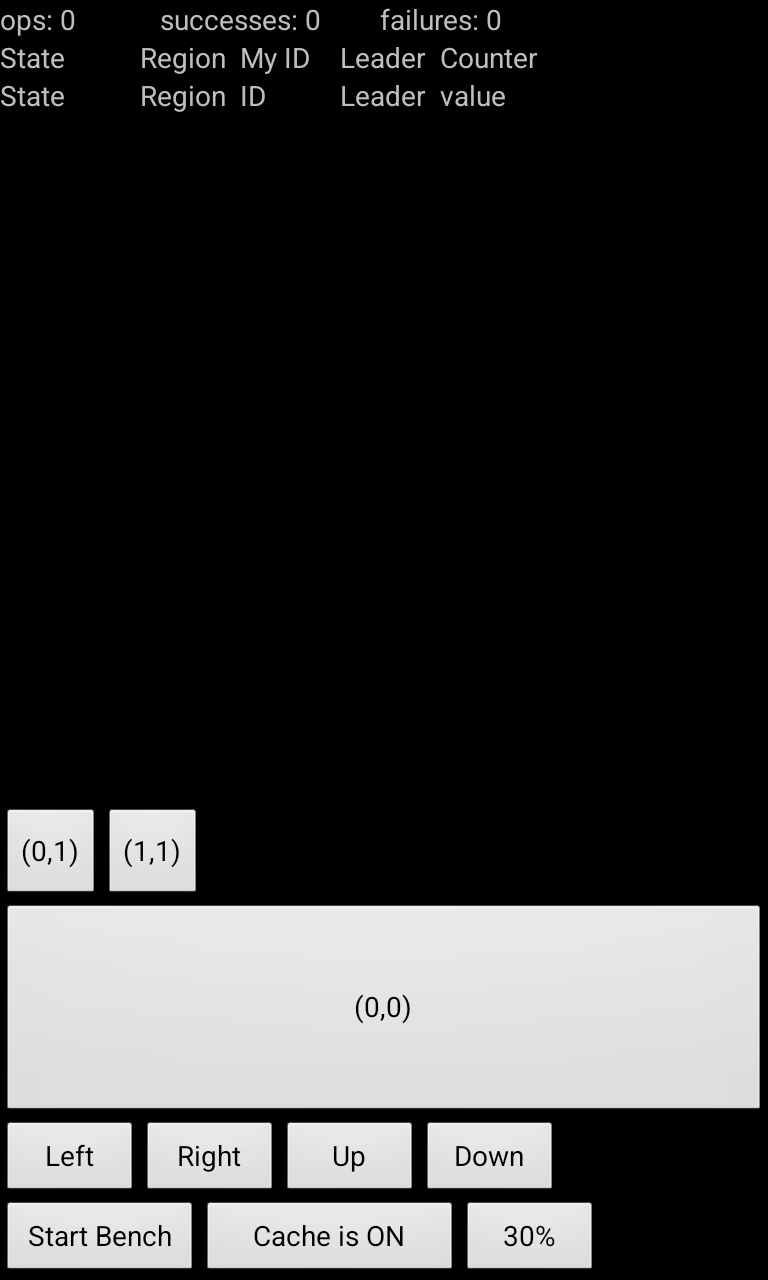
Repository: jasongao/csmcode
Layout: current/workspace/VNConsistent/res/layout/main.xml
The author's editor kept a copy of each file at every save. The layout is drawn from the files as they stood at one save, then again after the next save.
It is drawn on a 768 x 1280 px phone screen (xhdpi) without system bars, with theme android:Theme; the app's code is not run. Lists and similar views that code fills are empty.

Above is the layout before, as saved 2011-07-17 15:38:32.

### current/workspace/VNConsistent/res/layout/main.xml
<?xml version="1.0" encoding="utf-8"?>
<LinearLayout xmlns:android="http://schemas.android.com/apk/res/android"
	android:orientation="vertical" android:layout_width="fill_parent"
	android:layout_height="fill_parent">

	<LinearLayout android:layout_width="match_parent"
		android:layout_height="wrap_content" android:id="@+id/CountInfoLayout">
		<TextView android:text="ops: 0" android:layout_height="wrap_content"
			android:id="@+id/opcount_tv" android:layout_width="80dip"></TextView>
		<TextView android:text="successes: 0" android:layout_height="wrap_content"
			android:id="@+id/successcount_tv" android:layout_width="110dip"></TextView>
		<TextView android:text="failures: 0" android:layout_height="wrap_content"
			android:id="@+id/failurecount_tv" android:layout_width="90dip"></TextView>
	</LinearLayout>

	<LinearLayout android:layout_width="match_parent"
		android:layout_height="wrap_content" android:id="@+id/StatusHeadingLayout">
		<TextView android:text="State" android:id="@+id/TextView04"
			android:layout_height="wrap_content" android:layout_width="70dip"></TextView>
		<TextView android:text="Region" android:layout_width="50dip"
			android:id="@+id/TextView03" android:layout_height="wrap_content"></TextView>
		<TextView android:text="My ID" android:layout_width="50dip"
			android:id="@+id/TextView01" android:layout_height="wrap_content"></TextView>
		<TextView android:layout_height="wrap_content"
			android:layout_width="50dip" android:text="Leader" android:id="@+id/TextView05"></TextView>
		<TextView android:text="Counter" android:layout_height="wrap_content"
			android:id="@+id/TextView06" android:layout_width="75dip"></TextView>
	</LinearLayout>
	<LinearLayout android:layout_width="match_parent"
		android:layout_height="wrap_content" android:id="@+id/StatusInfoLayout">
		<TextView android:text="State" android:layout_height="wrap_content"
			android:id="@+id/state_tv" android:layout_width="70dip"></TextView>
		<TextView android:text="Region" android:layout_height="wrap_content"
			android:layout_width="50dip" android:id="@+id/region_tv"></TextView>
		<TextView android:text="ID" android:layout_width="50dip"
			android:id="@+id/id_tv" android:layout_height="wrap_content"></TextView>
		<TextView android:layout_height="wrap_content"
			android:layout_width="50dip" android:text="Leader" android:id="@+id/leader_tv"></TextView>
		<TextView android:layout_height="wrap_content"
			android:layout_width="75dip" android:text="value" android:id="@+id/csm_tv"></TextView>
	</LinearLayout>

	<ListView android:id="@+id/msgList" android:layout_width="fill_parent"
		android:layout_height="fill_parent" android:stackFromBottom="true"
		android:transcriptMode="alwaysScroll" android:layout_weight="1">
	</ListView>

	<LinearLayout android:layout_width="fill_parent"
		android:orientation="horizontal" android:layout_height="wrap_content"
		android:id="@+id/RegionButton1Layout">
		<Button android:text="(0,1)" android:id="@+id/up_button"
			android:layout_width="wrap_content" android:layout_height="wrap_content" />
		<Button android:text="(1,1)" android:id="@+id/down_button"
			android:layout_width="wrap_content" android:layout_height="wrap_content" />
	</LinearLayout>

	<LinearLayout android:layout_width="fill_parent"
		android:orientation="horizontal" android:layout_height="wrap_content"
		android:id="@+id/RegionButton2Layout">
		<Button android:text="(0,0)" android:id="@+id/up_button"
			android:layout_width="fill_parent" android:layout_height="fill_parent" />
		<Button android:text="(1,0)" android:id="@+id/down_button"
			android:layout_width="fill_parent" android:layout_height="fill_parent" />
	</LinearLayout>

	<LinearLayout android:layout_width="fill_parent"
		android:orientation="horizontal" android:layout_height="wrap_content"
		android:id="@+id/RegionButtonLayout">
		<Button android:text="Left" android:id="@+id/left_button"
			android:layout_width="70dip" android:layout_height="40dip" />
		<Button android:text="Right" android:id="@+id/right_button"
			android:layout_width="70dip" android:layout_height="40dip" />
		<Button android:text="Up" android:id="@+id/up_button"
			android:layout_width="70dip" android:layout_height="40dip" />
		<Button android:text="Down" android:id="@+id/down_button"
			android:layout_width="70dip" android:layout_height="40dip" />
	</LinearLayout>

	<LinearLayout android:layout_width="fill_parent"
		android:orientation="horizontal" android:layout_height="wrap_content"
		android:id="@+id/TestButtonsLayout">
		<Button android:text="Start Bench" android:layout_width="100dip"
			android:id="@+id/switchbench_button" android:layout_height="40dip"></Button>
		<Button android:layout_width="130dip" android:text="Cache is ON"
			android:id="@+id/cache_button" android:layout_height="40dip"></Button>
		<Button android:text="30%" android:id="@+id/distribution_button"
			android:layout_height="40dip" android:layout_width="70dip"></Button>
	</LinearLayout>

</LinearLayout>

After the next save:
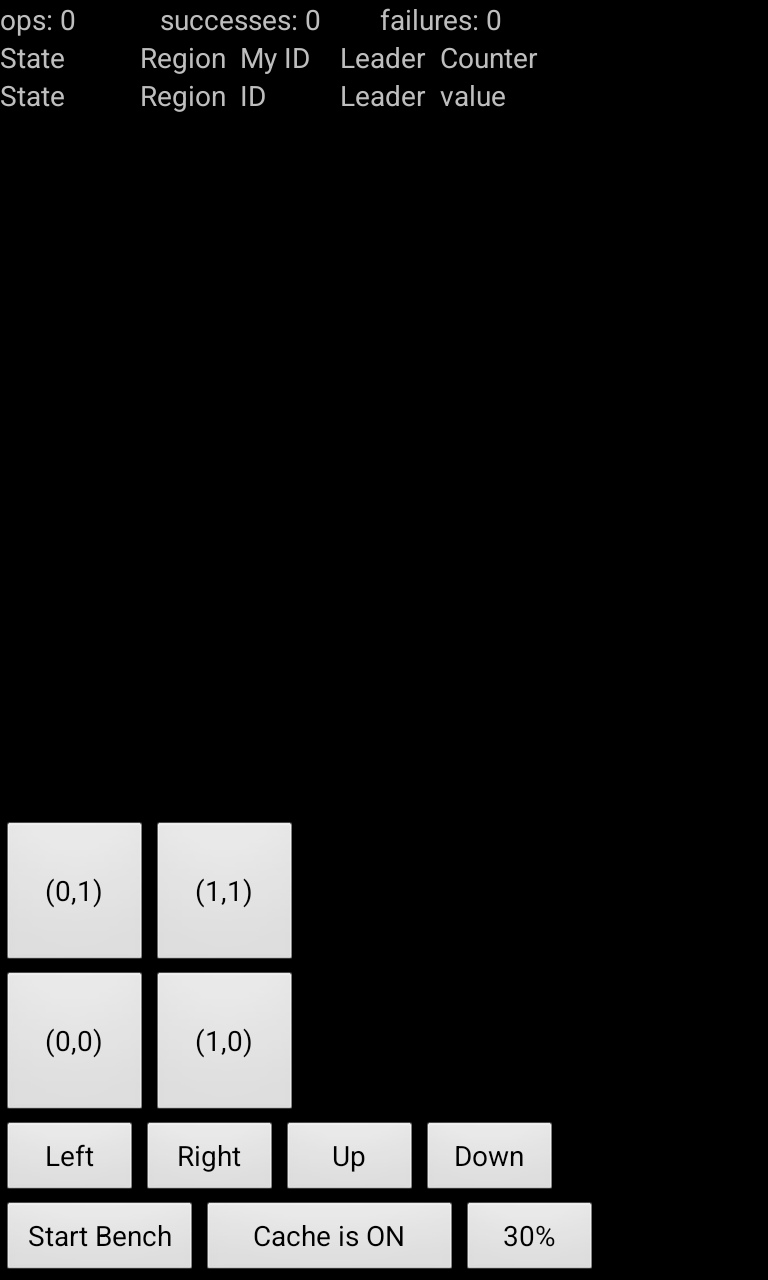
Saved 15 s later.
--- a/current/workspace/VNConsistent/res/layout/main.xml
+++ b/current/workspace/VNConsistent/res/layout/main.xml
@@ -49,18 +49,18 @@
 		android:orientation="horizontal" android:layout_height="wrap_content"
 		android:id="@+id/RegionButton1Layout">
 		<Button android:text="(0,1)" android:id="@+id/up_button"
-			android:layout_width="wrap_content" android:layout_height="wrap_content" />
+			android:layout_width="75dip" android:layout_height="75dip" />
 		<Button android:text="(1,1)" android:id="@+id/down_button"
-			android:layout_width="wrap_content" android:layout_height="wrap_content" />
+			android:layout_width="75dip" android:layout_height="75dip" />
 	</LinearLayout>
 
 	<LinearLayout android:layout_width="fill_parent"
 		android:orientation="horizontal" android:layout_height="wrap_content"
 		android:id="@+id/RegionButton2Layout">
 		<Button android:text="(0,0)" android:id="@+id/up_button"
-			android:layout_width="fill_parent" android:layout_height="fill_parent" />
+			android:layout_width="75dip" android:layout_height="75dip" />
 		<Button android:text="(1,0)" android:id="@+id/down_button"
-			android:layout_width="fill_parent" android:layout_height="fill_parent" />
+			android:layout_width="75dip" android:layout_height="75dip" />
 	</LinearLayout>
 
 	<LinearLayout android:layout_width="fill_parent"
